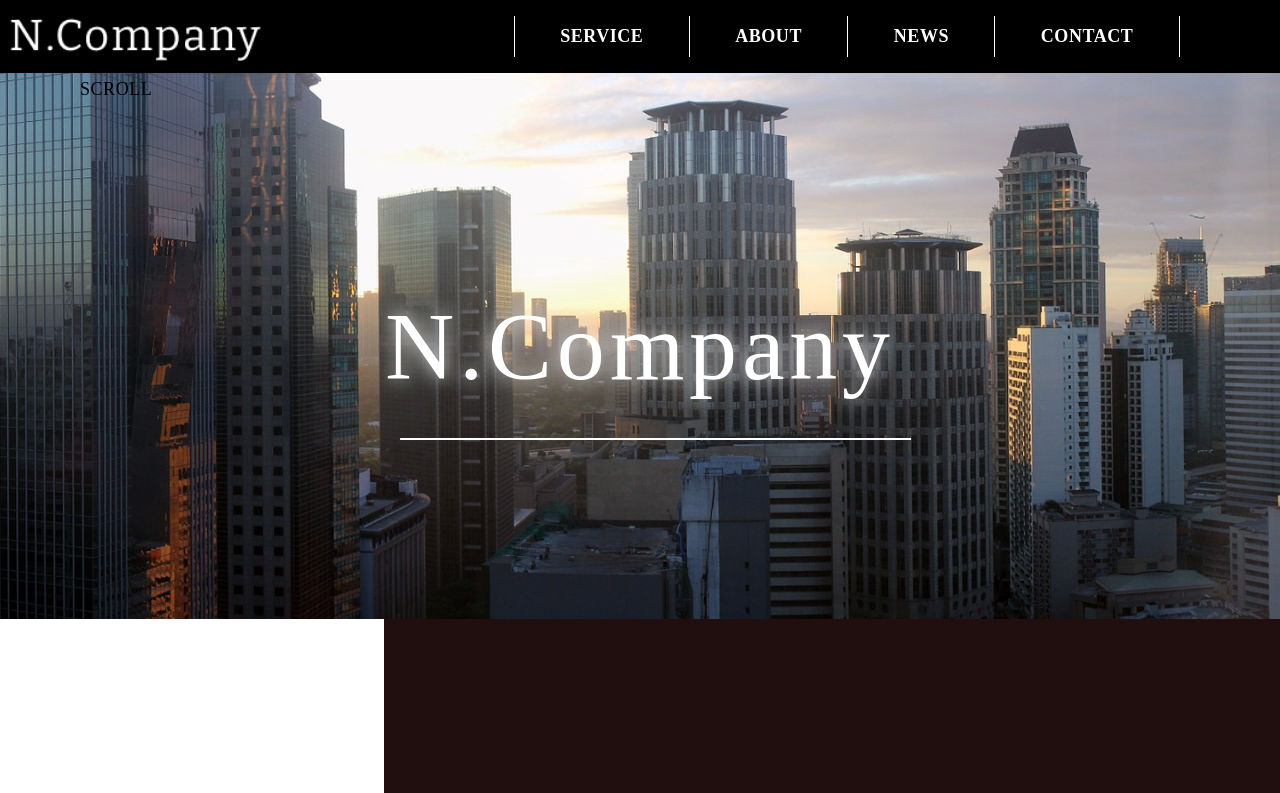
Repository: nozomi-23/hp2_test
Page: index.html
These files come from the project's save history. The page is drawn as it stood at one moment and after the next save; the edit follows.
The browser window is 1280 px wide. The pictures show the whole page.
Some web fonts or font styles are not loaded; a fallback is used.

Above is the page before, as saved 2022-06-24 16:59:56.

After the next save:
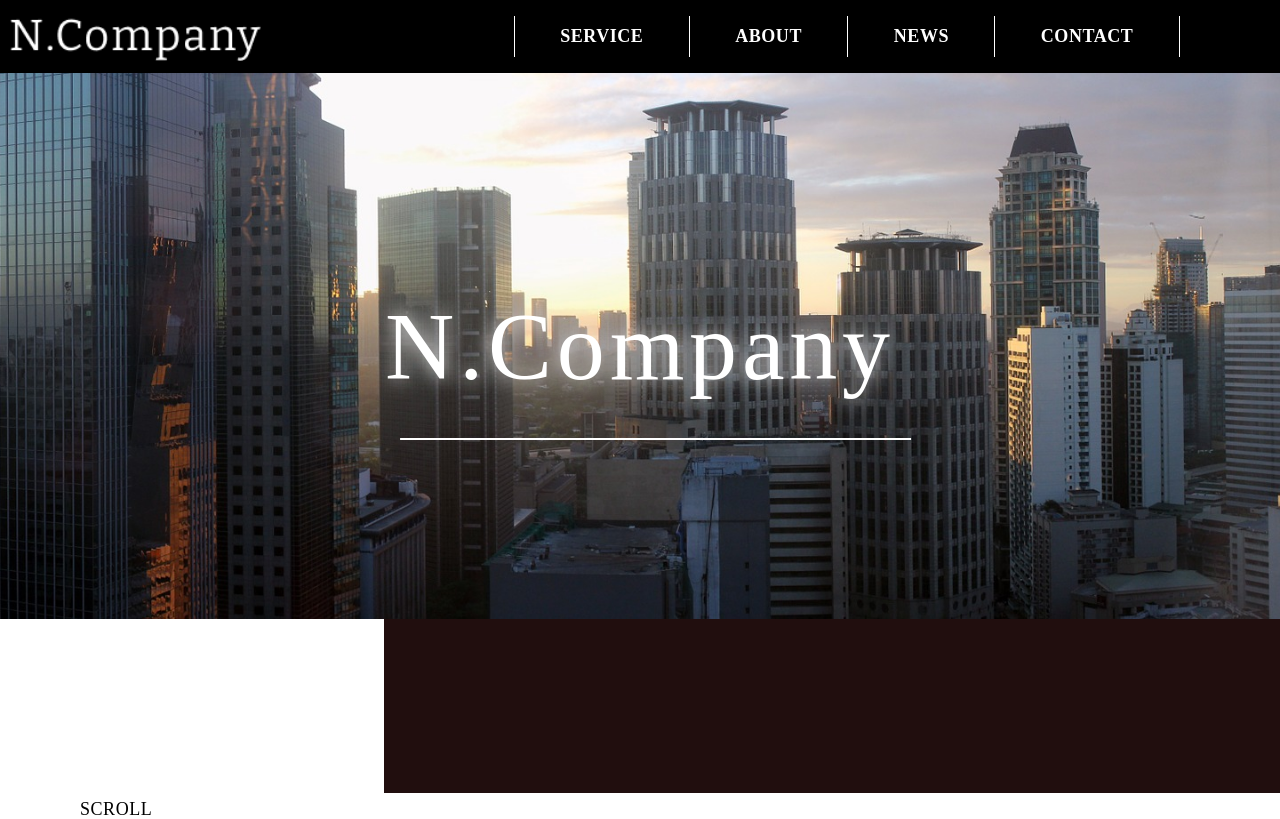
Saved 19 s later.
--- a/css/index.css
+++ b/css/index.css
@@ -54,6 +54,6 @@ fv
 
 .fv_txt_wrapper {
   position: absolute;
-  top: 5rem;
+  top: 50rem;
   left: 5rem;
 }
